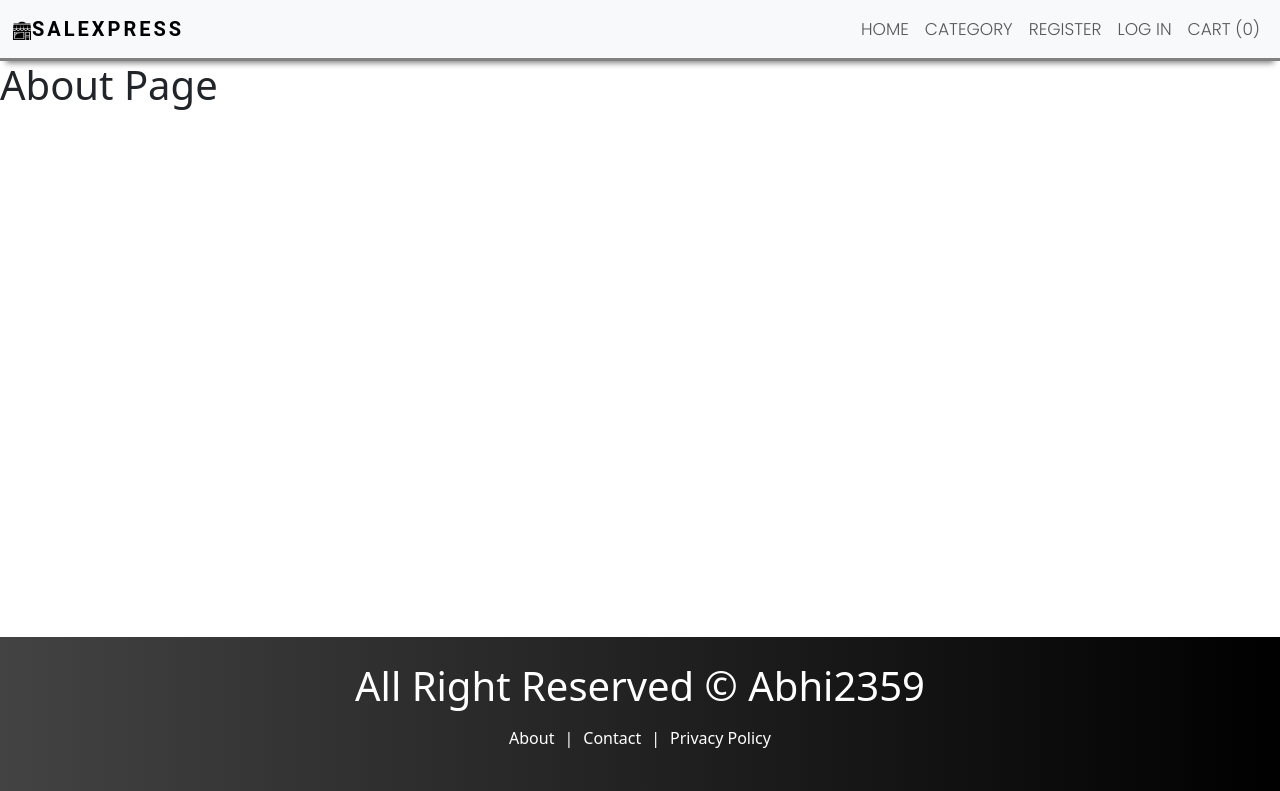
Repository: Abhi2359/SaleXpress
Page: /about (app in client/)
An editor plug-in stored every save of this project. The page is shown before and after the next save, followed by the edit.
The browser window is 1280 px wide. The pictures show the whole page.
The project was rebuilt for these pictures with package versions that can differ from the ones it lists, and the page was loaded fresh each time. Also part of the build but not shown: client/vite.config.js, client/src/pages/HomePage.jsx, client/src/pages/Policy.jsx, client/src/pages/PageNotFound.jsx, client/src/pages/Contact.jsx.

Above is the page before, as saved 2023-05-08 19:37:08.

After the next save:
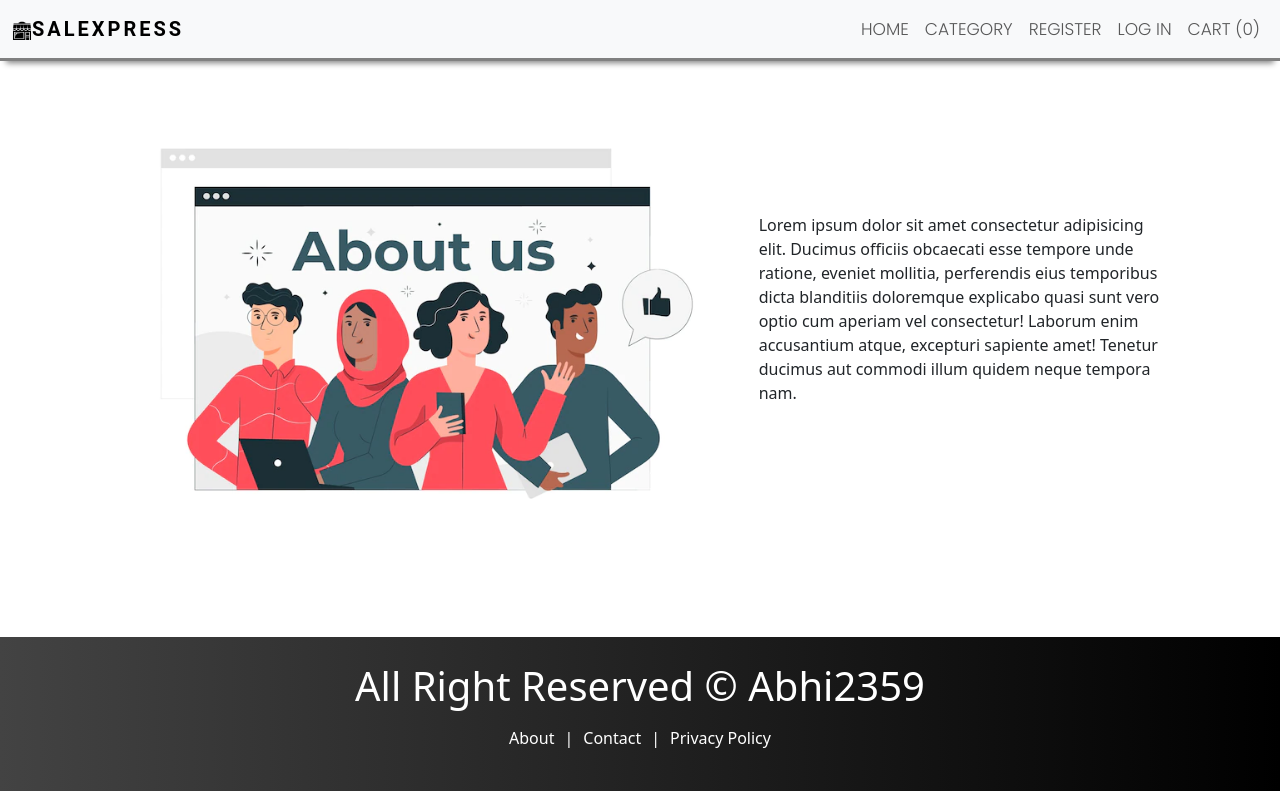
Saved 4 min 45 s later.
--- a/client/src/pages/About.jsx
+++ b/client/src/pages/About.jsx
@@ -1,12 +1,30 @@
-import React from 'react'
-import Layout from '../components/Layout/Layout'
+import React from "react";
+import Layout from "./../components/Layout/Layout";
 
 const About = () => {
   return (
-  <Layout>
-    <h1>About Page</h1>
-  </Layout>
-  )
-}
+    <Layout>
+      <div className="row contactus ">
+        <div className="col-md-6 ">
+          <img
+            src="/images/about.jpeg"
+            alt="contactus"
+            style={{ width: "100%" }}
+          />
+        </div>
+        <div className="col-md-4">
+          <p className="text-justify mt-2">
+            Lorem ipsum dolor sit amet consectetur adipisicing elit. Ducimus
+            officiis obcaecati esse tempore unde ratione, eveniet mollitia,
+            perferendis eius temporibus dicta blanditiis doloremque explicabo
+            quasi sunt vero optio cum aperiam vel consectetur! Laborum enim
+            accusantium atque, excepturi sapiente amet! Tenetur ducimus aut
+            commodi illum quidem neque tempora nam.
+          </p>
+        </div>
+      </div>
+    </Layout>
+  );
+};
 
-export default About
+export default About;
